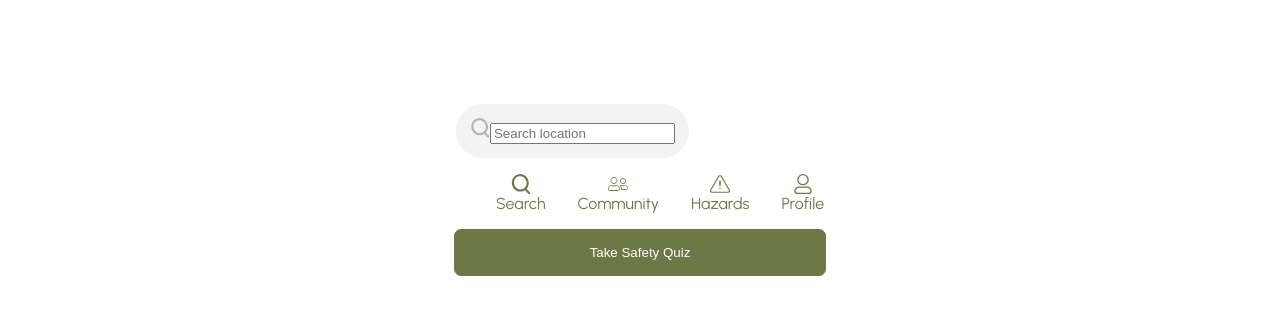
Repository: Aladdin3r/SafeCycle
Page: /
An editor plug-in stored every save of this project. The page is shown before and after the next save, followed by the edit.
The browser window is 1280 px wide. The pictures show the whole page.
The project was rebuilt for these pictures with package versions that can differ from the ones it lists, and the page was loaded fresh each time. The framework's server and built-in components were replaced by stand-ins that run in the browser.

Above is the page before, as saved 2024-04-15 11:21:32.

### pages/index.js
import Head from "next/head";
import styles from "@/styles/Home.module.css";
import Link from 'next/link'
import NavBar from "@/components/NavBar";


export default function Home() {
  return (
    <>
      <Head>
        <title>SafeCycle</title>
        <meta name="description" content="Home Page" />
        <meta name="viewport" content="width=device-width, initial-scale=1" />
        <link rel="icon" href="/favicon3.png" />
      </Head>
      <main className={`${styles.main}`}>
        <NavBar />
        <Link href="/quiz/questionOne">
          <button  className={styles.button}>Take Safety Quiz</button>
        </Link>

      </main>
    </>
  );
}

### styles/globals.css
@import url('https://fonts.googleapis.com/css2?family=Urbanist:wght@300;400;500;600&display=swap');

:root {
  --grey: #F3F3F3;
  --button-color: #6e7747;
  --button-color-hover: #4d5527;
  --correct: #008000;
  font-family: 'Urbanist', sans-serif;
}

### styles/Home.module.css
.main {
  display: flex;
  flex-direction: column;
  justify-content: space-between;
  align-items: center;
  padding: 6rem;
  min-height: 20vh;
}

.button {
  width: 372px;
  height: 47px;
  background-color: var(--button-color);
  color: white;
  border: 1.5px solid var(--button-color);
  border-radius: 7px;
}
.button:hover{
  width: 372px;
  height: 47px;
  background-color: var(--button-color-hover);
  color: white;
  border: 1.5px solid var(--button-color-hover);
  border-radius: 7px;
}

### components/NavBar/index.js
import nextConfig from '@/next.config.mjs'
import styles from './NavBar.module.css'
import Image from 'next/image'

export default function NavBar() {
    return(
        <div className={styles.Container}>
            <div className={styles.navigation}>
                <form>
                    <div className={styles.search}>
                        <Image className={styles.searchIcon} src="./icons/search.svg" width={20} height={20} />
                        <input className={styles.searchInput} type="search" placeholder='Search location'></input>
                    </div>
                </form>
                <ul>
                    <li className={styles.list}>
                        <Image src="./icons/searchgreen.svg" width={20} height={20} />
                        <a>Search</a>
                    </li>
                    <li className={styles.list}>
                        <Image src="./icons/community.svg" width={20} height={20} />
                        <a>Community</a>
                    </li>
                    <li className={styles.list}>
                        <Image src="./icons/hazard.svg" width={20} height={20} />
                        <a>Hazards</a>
                    </li>
                    <li className={styles.list}>
                        <Image src="./icons/profile.svg" width={20} height={20} />
                        <a>Profile</a>
                    </li>

                </ul>
            </div>
        </div>
    )
}

### components/NavBar/NavBar.module.css
.search {
    width: max-content;
    align-items: center;
    padding: 14px;
    border-radius: 28px;
    background-color: var(--grey);
}

.container {
    display: flex;
    justify-content: center;
    align-items: center;
}

.navigation ul{
    display: flex;
    flex-direction: row;
    gap: 2em;
    list-style-type: none;
    background-color: white;
    color: var(--button-color);
}

.navigation li {
    display: flex;
    flex-direction: column;
    justify-content: center;
    align-items: center;
    padding: ;
}

Loaded but not shown: pages/_app.js (common file); pages/_document.js (common file); next.config.mjs (common file)

After the next save:
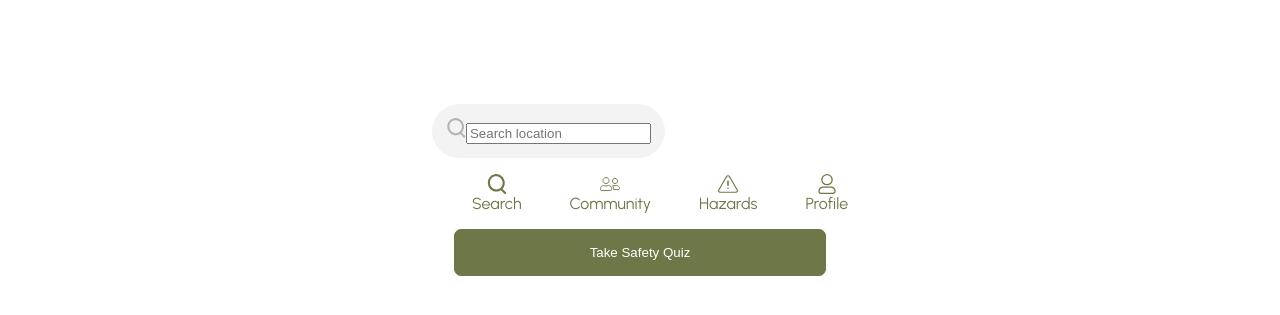
Saved 10 s later.
--- a/components/NavBar/NavBar.module.css
+++ b/components/NavBar/NavBar.module.css
@@ -15,7 +15,7 @@
 .navigation ul{
     display: flex;
     flex-direction: row;
-    gap: 2em;
+    gap: 3em;
     list-style-type: none;
     background-color: white;
     color: var(--button-color);
